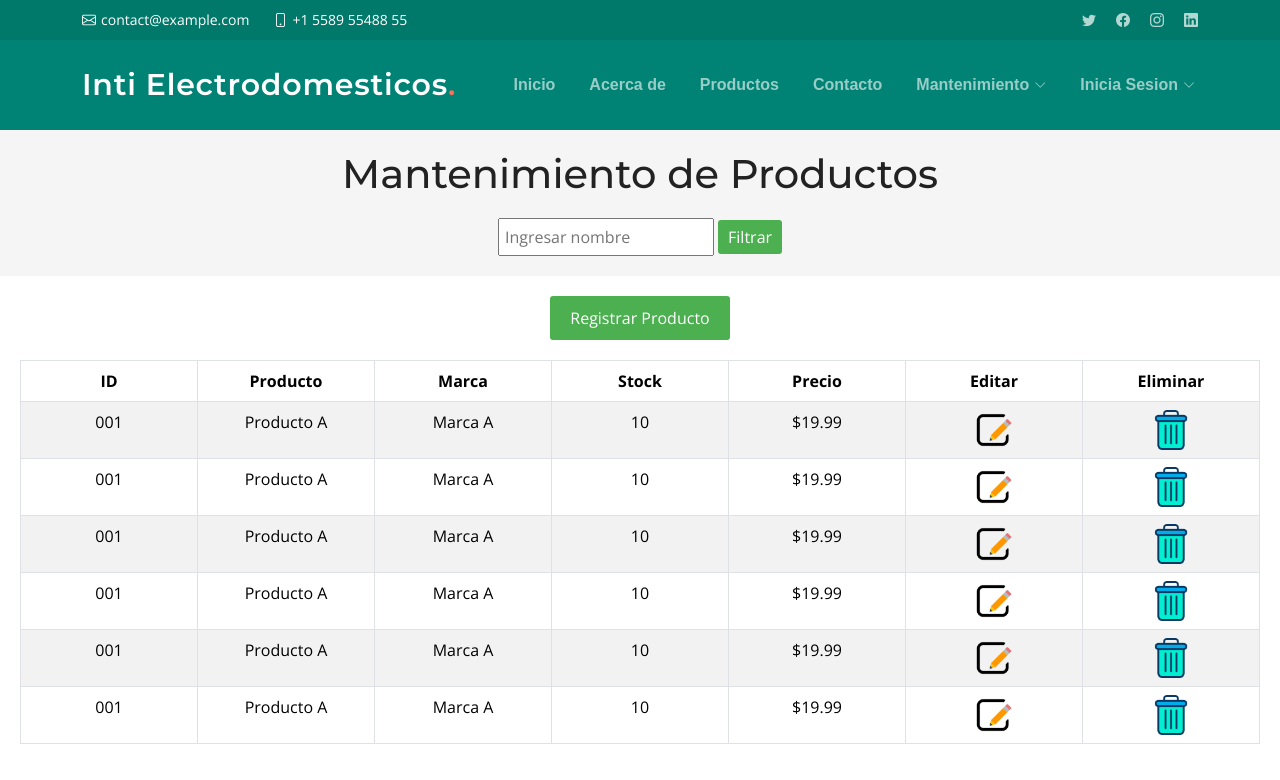
Repository: JReynaldoDelRio/DAWI---IntiElectrdomesticos
Page: http://localhost/mantenimientoProducto
The author's editor kept a copy of each file at every save. The page is drawn from the files as they stood at one save, then again after the next save.
The browser window is 1280 px wide. The pictures show the whole page.
Some web fonts or font styles are not loaded; a fallback is used. Some web libraries are served in a nearby version. The page is this project's Thymeleaf template; nobody is signed in. The template is opened directly, without the code that normally fills it, so the values that code supplies are empty.

Above is the page before, as saved 2023-06-07 17:28:19.

After the next save:
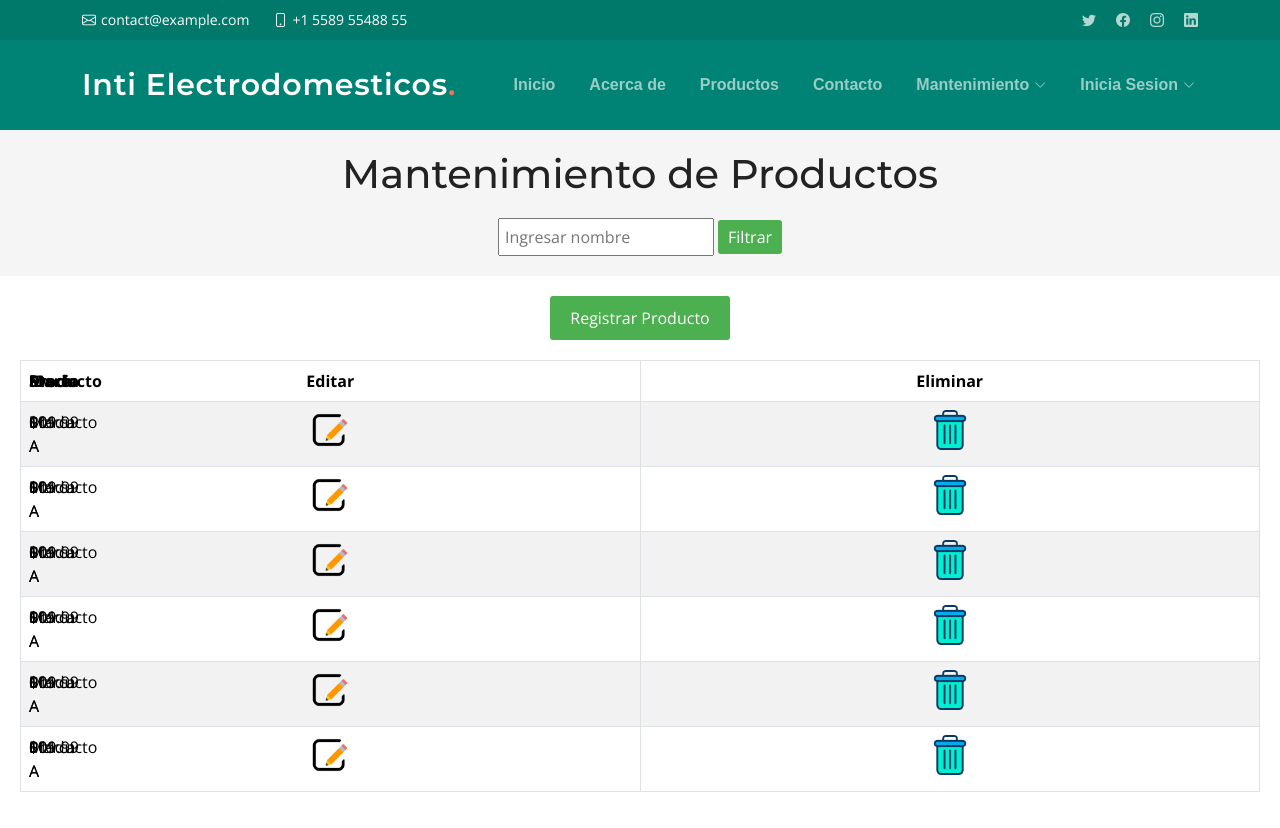
Saved 71 s later.
--- a/IntiElectrodomesticos/src/main/resources/static/css/producto.css
+++ b/IntiElectrodomesticos/src/main/resources/static/css/producto.css
@@ -70,12 +70,11 @@ tbody tr:hover {
 	background-color: #f9f9f9;
 }
 
+th:nth-child(6), td:nth-child(6), th:nth-child(7), td:nth-child(7) {
+	width: 50.28%; /* Tamaño de cada columna (100% / 7) */
+}
 
 
-th:nth-child(6), td:nth-child(6),
-th:nth-child(7), td:nth-child(7){
-
-}
 
 img {
 	width: 40px;
